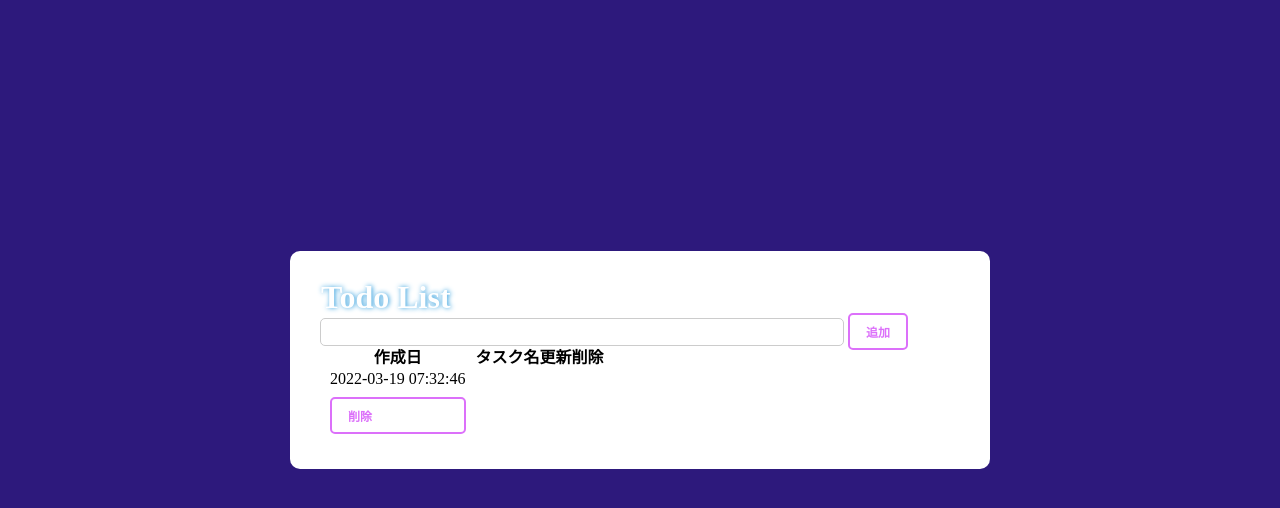
Repository: azuma2/todo
Page: http://localhost/
The author's editor kept a copy of each file at every save. The page is drawn from the files as they stood at one save, then again after a run of saves.
The browser window is 1280 px wide. The pictures show the whole page.
The page is served by the project's Laravel application, run on PHP 8.4 with Laravel 8. Other server files are loaded and not shown. Queries for data that is not in the repository find no rows.

Above is the page before, as saved 2022-03-21 13:16:34.

### routes/web.php
<?php

use Illuminate\Support\Facades\Route;
use App\Http\Controllers\TodoController;

Route::get('/', [TodoController::class, 'index']);
Route::get('/todo/create', [TodoController::class, 'add']);
Route::post('/todo/create', [TodoController::class, 'create']);
Route::get('/todo/update', [TodoController::class, 'edit']);
Route::post('/todo/update', [TodoController::class, 'update']);
Route::get('/todo/delete', [TodoController::class, 'delete']);
Route::post('/todo/delete', [TodoController::class, 'remove']);
Route::post('/', [TodoController::class, 'post']);


Route::post('/delete', [TodoController::class, 'delete'])->name('todo.delete');

### app/Http/Controllers/TodoController.php
<?php

namespace App\Http\Controllers;

use App\Models\Todo;
use Illuminate\Http\Request;
use Illuminate\Support\Facades\DB;

class TodoController extends Controller
{
    public function index()
    {
        $items = Todo::all();
        $items = DB::select('select * from todos');

        return view('index', ['items' => $items]);
    }

    public function bind(Todo $todo)
    {
        $data = [
            'item'=>$todo,
        ];


        return view('todo.binds', $data);
    }
    public function add()
    {
        return view('add');
    }
    public function create(Request $request)
    {

$param =

        $this->validate($request, Todo::$rules);
        $form = $request->all();
        Todo::create($form);

[
                'content' => $request->name,
        ];
        DB::insert('insert into todos (content) values (:content)', $param);


        return redirect('/');
    }


     public function edit(Request $request)
    {
        $todo = Todo::find($request->id);
        return view('edit', ['form' => $todo]);
    }
    public function update(Request $request)
    {
        $this->validate($request, Todo::$rules);
        $form = $request->all();
        unset($form['_token']);
        Todo::where('id', $request->id)->update($form);
        return redirect('/');
    }




    public function delete(Request $request)
    {
        $param = ['id' => $request->id];
        $item = DB::select('select * from todos where id = :id', $param);
        return view('delete', ['form' => $item[0]]);
    }
    public function remove(Request $request)
    {
        $param = ['id' => $request->id];
        DB::delete('delete from todos where id =:id', $param);
        return redirect('/');
    }





}

### app/Models/todo.php
<?php

namespace App\Models;

use App\Models\Todo;
use Illuminate\Database\Eloquent\Factories\HasFactory;
use Illuminate\Database\Eloquent\Model;

class Todo extends Model

{
        use HasFactory;

    protected $fillable = ['content'];

    public static $rules = array(
        'content' => 'required',
    );






}

### resources/views/index.blade.php
<!DOCTYPE html>
<html lang="ja">
<head>
    <meta charset="UTF-8">
    <meta http-equiv="X-UA-Compatible" content="IE=edge">
    <meta name="viewport" content="width=device-width, initial-scale=1.0">
    <link rel="stylesheet" href="{{ asset('\resources\views\layouts\reset.css') }}" >
    <title>@yield('title')</title>
    <style>
    body {
      font-size:16px;
      margin: 5px;
      background-color: #2d197c;
    }
    .container{

    }
    .title{
    }
        td {
      padding: 5px 10px;
      text-align: center;
        display:flex;
  flex-flow: column;
        }
    .button {
    text-align: left;
    border: 2px solid #dc70fa;
    font-size: 12px;
    color: #dc70fa;
    background-color: #fff;
    font-weight: bold;
    padding: 8px 16px;
    border-radius: 5px;
    cursor: pointer;
    transition: 0.4s;
    outline: none;
}
.input-add {
    width: 80%;
    padding: 5px;
    border-radius: 5px;
    border: 1px solid #ccc;
    appearance: none;
    font-size: 14px;
    outline: none;
}
.input-update {
    width: 90%;
    padding: 5px;
    border-radius: 5px;
    border: 1px solid #ccc;
    appearance: none;
    font-size: 14px;
    outline: none;
}
    .card {
    background-color: #fff;
    width: 50vw;
    padding: 30px;
    position: absolute;
    top: 50%;
    left: 50%;
    transform: translate(-50%, -50%);
    border-radius: 10px;
}
    h1 {
      font-size:32px;
      color:white;
      text-shadow:1px 0 5px #289ADC;
      margin-left: 1px
    }
    .content {
      margin:10px;
    }
    </style>
  </head>

  <body>


  <div class="container">
    <div class="card">

      <h1 class="title">Todo List</h1>
            <div class="todo">
              @if ($errors->has('content'))
                  <tr>
  　                <th>ERROR</th>
                　<td>
                  {{$errors->first('content')}}
                 </td>
            </tr>
          @endif
        <form action="/todo/create" method="post">
            @csrf
          <input type="text" class="input-add" name="content" />
          <input class="button" type="submit" value="追加" />
        </form>
          @csrf
        <table>
            @csrf
          <tr>
            <th>作成日</th>
            <th>タスク名</th>
            <th>更新</th>
            <th>削除</th>
          </tr>
                    <tr>
            <td>
              2022-03-19 07:32:46
            </td>
            <form action="/todo/update?id=1" method="post">
              @csrf
              <td>
 @foreach ($items as $item)
                <input type="text" class="input-update" value="{{$item->content}}" name="content" />
              </td>
              <td>

                <button class="button">更新</button>
              </td>
            </form>
            <td>

  @endforeach




              <form action="/todo/delete?id=1" method="post">

                              @csrf
                <button class="button">削除</button>
              </form>
            </td>
          </tr>
                  </table>
      </div>
    </div>
  </div>
  </div>





</body>

</html>

### resources/views/layouts/reset.css
/*
html5doctor.com Reset Stylesheet
v1.6.1
Last Updated: 2010-09-17
Todo: Richard Clark - http://richclarkdesign.com
Twitter: @rich_clark
*/

html, body, div, span, object, iframe,
h1, h2, h3, h4, h5, h6, p, blockquote, pre,
abbr, address, cite, code,
del, dfn, em, img, ins, kbd, q, samp,
small, strong, sub, sup, var,
b, i,
dl, dt, dd, ol, ul, li,
fieldset, form, label, legend,
table, caption, tbody, tfoot, thead, tr, th, td,
article, aside, canvas, details, figcaption, figure,
footer, header, hgroup, menu, nav, section, summary,
time, mark, audio, video {
    margin:0;
    padding:0;
    border:0;
    outline:0;
    font-size:100%;
    vertical-align:baseline;
    background:transparent;
}

body {
    line-height:1;
}

article,aside,details,figcaption,figure,
footer,header,hgroup,menu,nav,section {
    display:block;
}

nav ul {
    list-style:none;
}

blockquote, q {
    quotes:none;
}

blockquote:before, blockquote:after,
q:before, q:after {
    content:'';
    content:none;
}

a {
    margin:0;
    padding:0;
    font-size:100%;
    vertical-align:baseline;
    background:transparent;
}

/* change colours to suit your needs */
ins {
    background-color:#ff9;
    color:#000;
    text-decoration:none;
}

/* change colours to suit your needs */
mark {
    background-color:#ff9;
    color:#000;
    font-style:italic;
    font-weight:bold;
}

del {
    text-decoration: line-through;
}

abbr[title], dfn[title] {
    border-bottom:1px dotted;
    cursor:help;
}

table {
    border-collapse:collapse;
    border-spacing:0;
}

/* change border colour to suit your needs */
hr {
    display:block;
    height:1px;
    border:0;
    border-top:1px solid #cccccc;
    margin:1em 0;
    padding:0;
}

input, select {
    vertical-align:middle;
}

Loaded but not shown: app/Http/Controllers/Controller.php (common file)

After the next 2 saves:
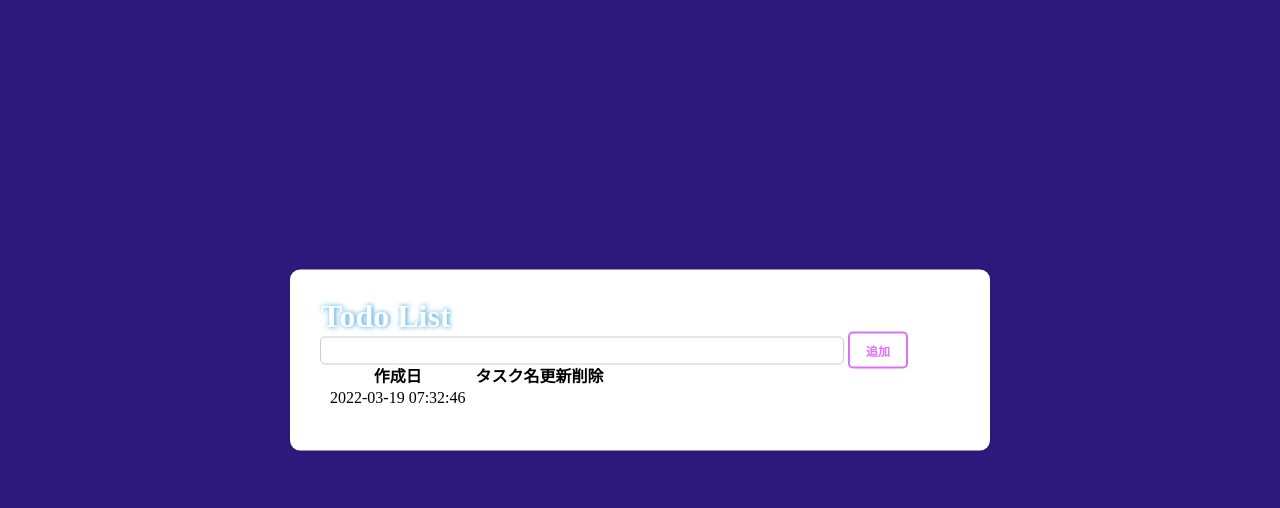
The 2 saves are shown as one change because they came seconds apart.
The last was saved 7 min 21 s later.
--- a/resources/views/index.blade.php
+++ b/resources/views/index.blade.php
@@ -123,7 +123,7 @@
             </form>
             <td>
 
-  @endforeach
+
 
 
 
@@ -141,7 +141,7 @@
   </div>
   </div>
 
-
+  @endforeach
 
 
 

After the 2 saves that followed:
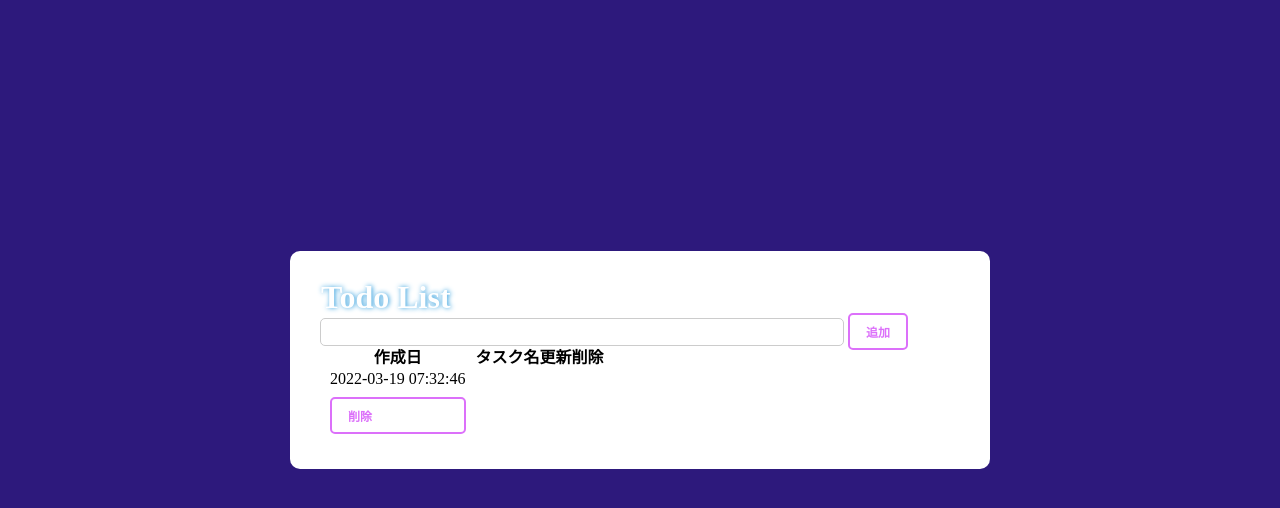
The 2 saves are shown as one change because 1 did not build or start.
The last was saved 32 s later.
--- a/resources/views/index.blade.php
+++ b/resources/views/index.blade.php
@@ -123,7 +123,7 @@
             </form>
             <td>
 
-
+ @endforeach
 
 
 
@@ -141,7 +141,7 @@
   </div>
   </div>
 
-  @endforeach
+
 
 
 
